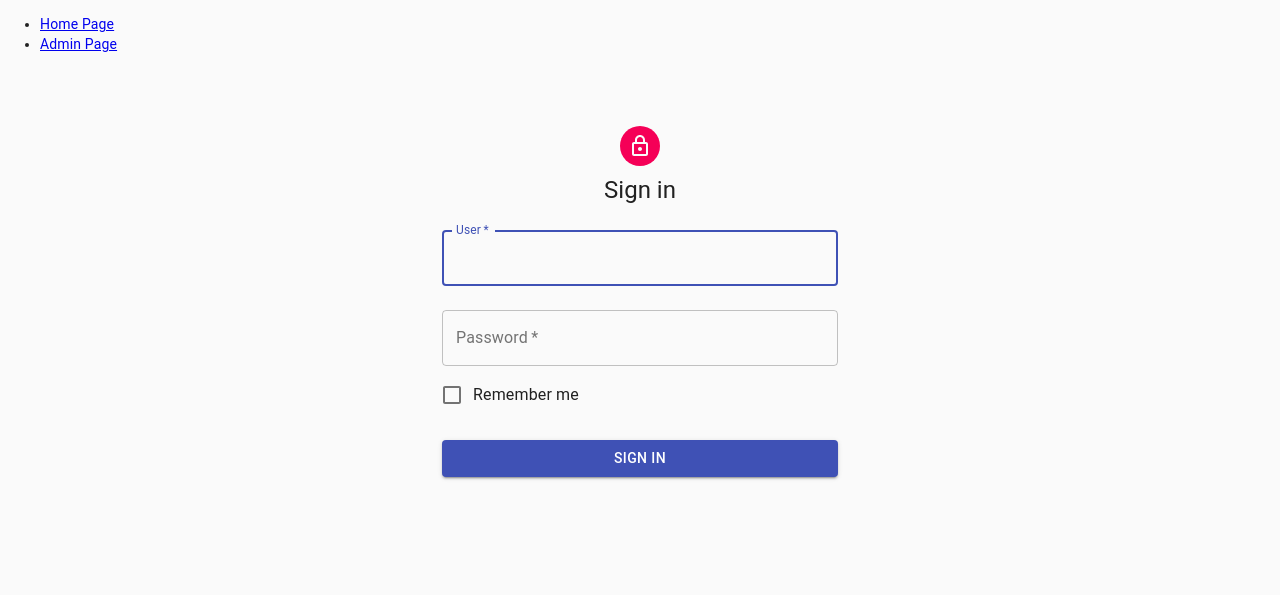
Repository: iznnull/models-front
Page: /
The author's editor kept a copy of each file at every save. The page is drawn from the files as they stood at one save, then again after the next save.
The browser window is 1280 px wide. The pictures show the whole page.
The project was rebuilt for these pictures with package versions that can differ from the ones it lists, and the page was loaded fresh each time. Also part of the build but not shown: src/pages/Admin.js.

Above is the page before, as saved 2020-05-14 09:36:52.

### src/App.js

import React, { useState } from "react";
import { BrowserRouter as Router, Link, Route } from "react-router-dom";
import PrivateRoute from './routes/PrivateRoute';
import Admin from "./pages/Admin";
import AuthForm from "./components/AuthForm"
import { AuthContext } from "./context/auth";

function App(props) {
  const existingTokens = JSON.parse(localStorage.getItem("tokens"));
  const [authTokens, setAuthTokens] = useState(existingTokens);

  const setTokens = (data) => {
    localStorage.setItem("tokens", JSON.stringify(data));
    setAuthTokens(data);
  }
  return (
    <AuthContext.Provider value={{ authTokens, setAuthTokens: setTokens }}>
      <Router>
        <div>
          <ul>
          <li>
            <Link to="/">Home Page</Link>
          </li>
          <li>
            <Link to="/admin">Admin Page</Link>
          </li>
          </ul>
          <Route exact path="/" component={AuthForm} />
          <PrivateRoute path="/admin" component={Admin} />
        </div>
      </Router>
    </AuthContext.Provider>
  );
}

export default App;

### src/routes/PrivateRoute.js
import React from "react";
import { Route, Redirect } from "react-router-dom";
import { useAuth } from "../context/auth";

function PrivateRoute({ component: Component, ...rest }) {
  const { authTokens } = useAuth();

  return (
    <Route
      {...rest}
      render={props =>
        authTokens  ? (
          <Component {...props} />
        ) : (
          <Redirect to="/"
          />
        )
      }
    />
  );
}

export default PrivateRoute;

### src/components/AuthForm.js
import React, {useState} from 'react';
import Avatar from '@material-ui/core/Avatar';
import Button from '@material-ui/core/Button';
import CssBaseline from '@material-ui/core/CssBaseline';
import TextField from '@material-ui/core/TextField';
import FormControlLabel from '@material-ui/core/FormControlLabel';
import Checkbox from '@material-ui/core/Checkbox';
import LockOutlinedIcon from '@material-ui/icons/LockOutlined';
import Typography from '@material-ui/core/Typography';
import Container from '@material-ui/core/Container';
import { makeStyles } from '@material-ui/core/styles';
import { useAuth } from "../context/auth";
import axios from 'axios';
import { Redirect } from "react-router-dom";

const useStyles = makeStyles((theme) => ({
    paper: {
      marginTop: theme.spacing(8),
      display: 'flex',
      flexDirection: 'column',
      alignItems: 'center',
    },
    avatar: {
      margin: theme.spacing(1),
      backgroundColor: theme.palette.secondary.main,
    },
    form: {
      width: '100%', // Fix IE 11 issue.
      marginTop: theme.spacing(1),
    },
    submit: {
      margin: theme.spacing(3, 0, 2),
    },
  }));

function AuthForm(props) {

    const [user, setUser] = useState("");
    const [password, setPassword] = useState("");
    const { setAuthTokens } = useAuth();

    const classes = useStyles();

    function onLoginForm_Submit() {
      axios.post("http://localhost:5000/api/authenticate", {
        user,
        password
      }).then(result => {
        if (result.status === 200) {
          console.log(result)
          setAuthTokens(result.data);
          return <Redirect to="/admin"/>;
        } else {
          console.log("Error: " + result.status);
        }
      }).catch(e => {
        console.log("Error" + e);
      });
    }

    return <Container component="main" maxWidth="xs">
        <CssBaseline />
        <div className={classes.paper}>
            <Avatar className={classes.avatar}>
            <LockOutlinedIcon />
            </Avatar>

            <Typography component="h1" variant="h5">
            Sign in
            </Typography>

            <form className={classes.form} validate="true" onSubmit={onLoginForm_Submit}>
                <TextField
                    variant="outlined"
                    margin="normal"
                    required
                    fullWidth
                    id="user"
                    label="User"
                    name="user"
                    autoComplete="user"
                    autoFocus
                    onChange={(e) => setUser(e.target.value)}
                />
                <TextField
                    variant="outlined"
                    margin="normal"
                    required
                    fullWidth
                    name="password"
                    label="Password"
                    type="password"
                    id="password"
                    autoComplete="current-password"
                    onChange={(e) => setPassword(e.target.value)}
                />
                <FormControlLabel
                    control={<Checkbox value="remember" color="primary" />}
                    label="Remember me"
                />
                <Button
                    type="submit"
                    fullWidth
                    variant="contained"
                    color="primary"
                    className={classes.submit}
                >
                    Sign In
                </Button>
            </form>
        </div>
      </Container>;
}

export default AuthForm;

### src/context/auth.js
import { createContext, useContext } from 'react';

export const AuthContext = createContext();

export function useAuth() {
  return useContext(AuthContext);
}

Loaded but not shown: public/index.html (common file); src/index.js (common file); src/index.css (common file); src/serviceWorker.js (common file)

After the next save:
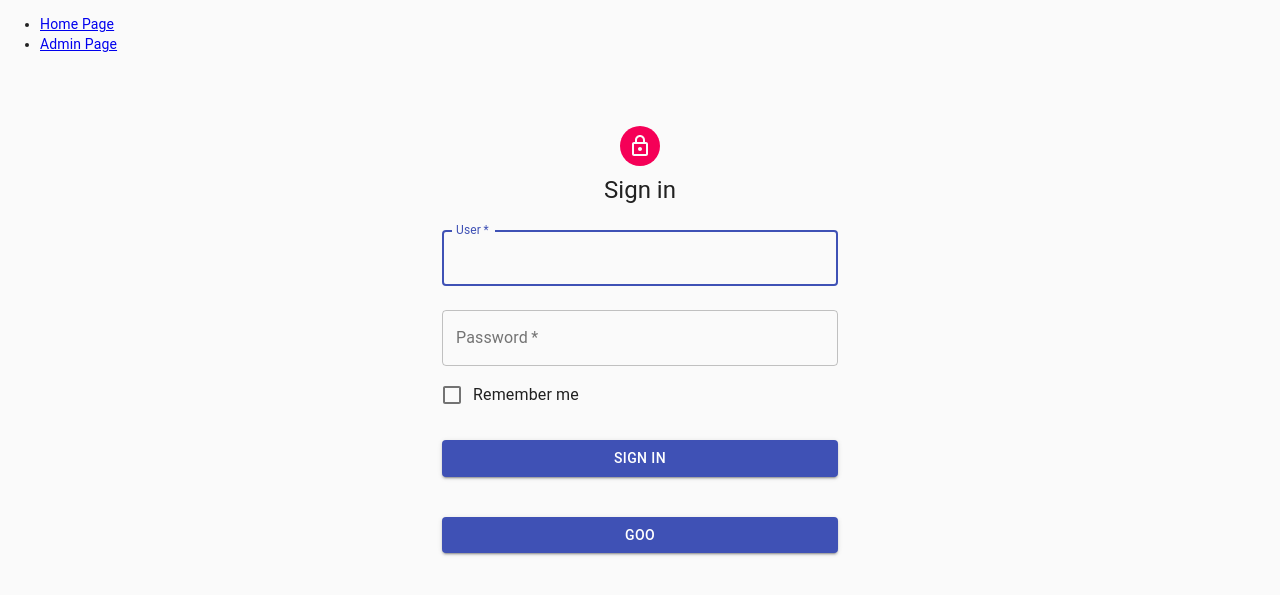
Saved 90 s later.
--- a/src/components/AuthForm.js
+++ b/src/components/AuthForm.js
@@ -58,6 +58,10 @@ function AuthForm(props) {
       });
     }
 
+    function goAdmin() {
+      return <Redirect to="/admin"/>;
+    }
+
     return <Container component="main" maxWidth="xs">
         <CssBaseline />
         <div className={classes.paper}>
@@ -107,6 +111,16 @@ function AuthForm(props) {
                 >
                     Sign In
                 </Button>
+                <Button
+                    type="submit"
+                    fullWidth
+                    variant="contained"
+                    color="primary"
+                    className={classes.submit}
+                    onClick={goAdmin}
+                >
+                    Goo
+                </Button>
             </form>
         </div>
       </Container>;
